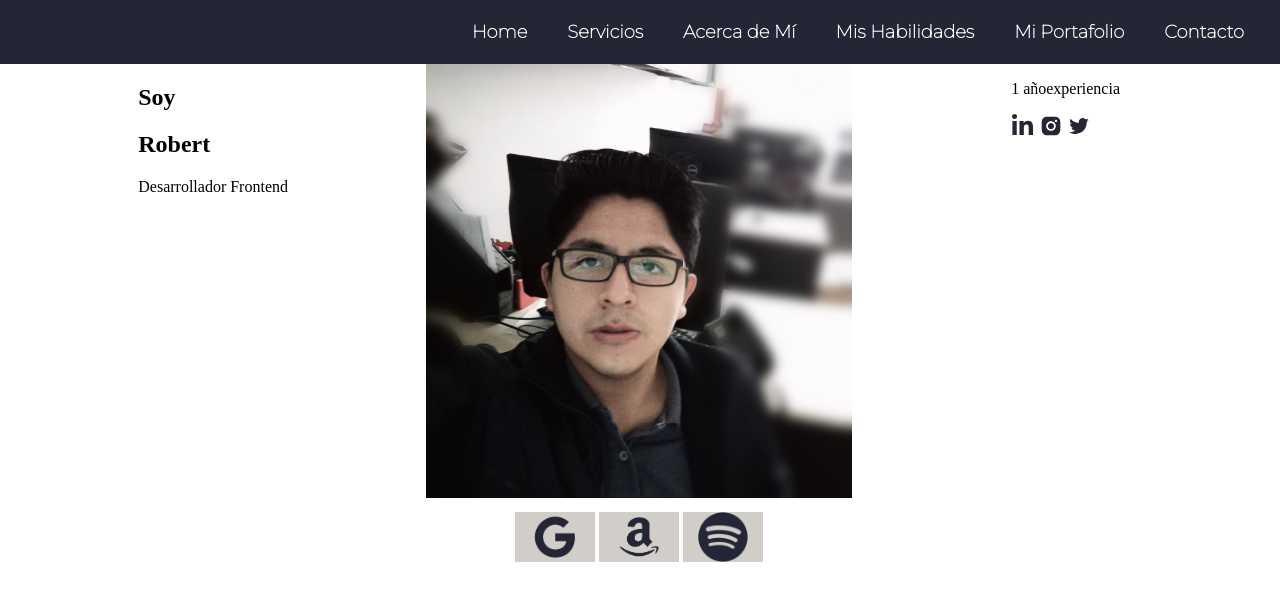
Repository: RobertAries28/PortafolioRobertEscalanteGomez2022
Page: index.html
The author's editor kept a copy of each file at every save. The page is drawn from the files as they stood at one save, then again after the next save.
The browser window is 1280 px wide. The pictures show the whole page.

Above is the page before, as saved 2022-02-15 11:18:46.

After the next save:
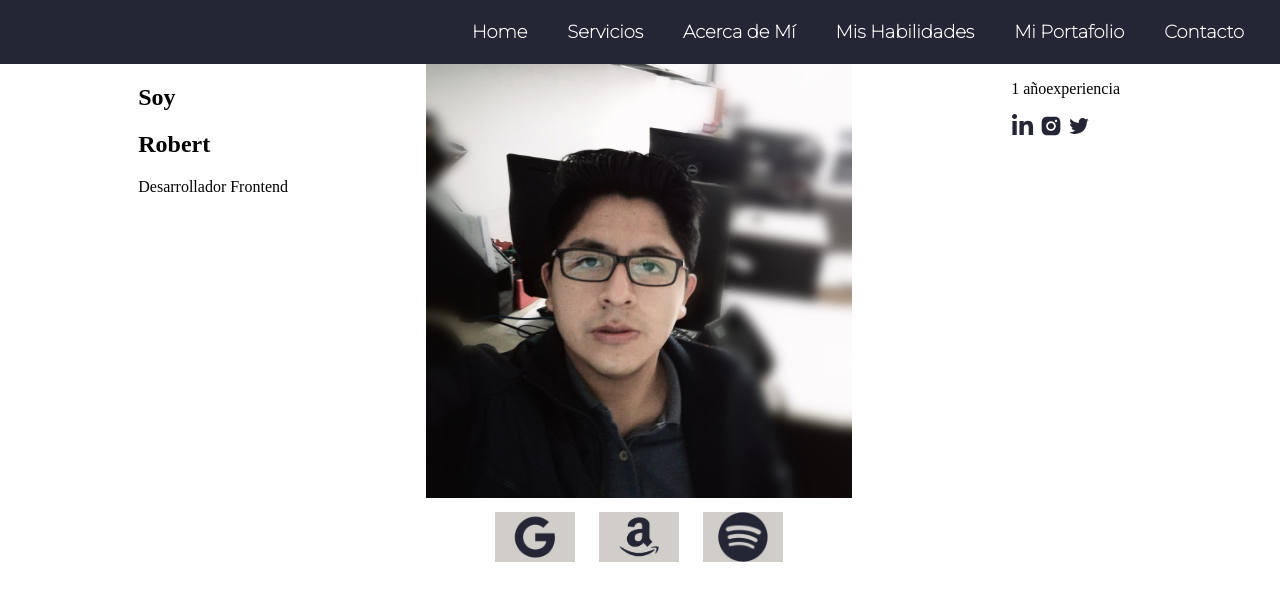
Saved 12 s later.
--- a/estilos.css
+++ b/estilos.css
@@ -68,7 +68,7 @@
   height: 50px;
   background: #D1CECA;
   padding: 0 15px;
-  margin: 10px 0;
+  margin: 10px 10px;
 }
 
 
